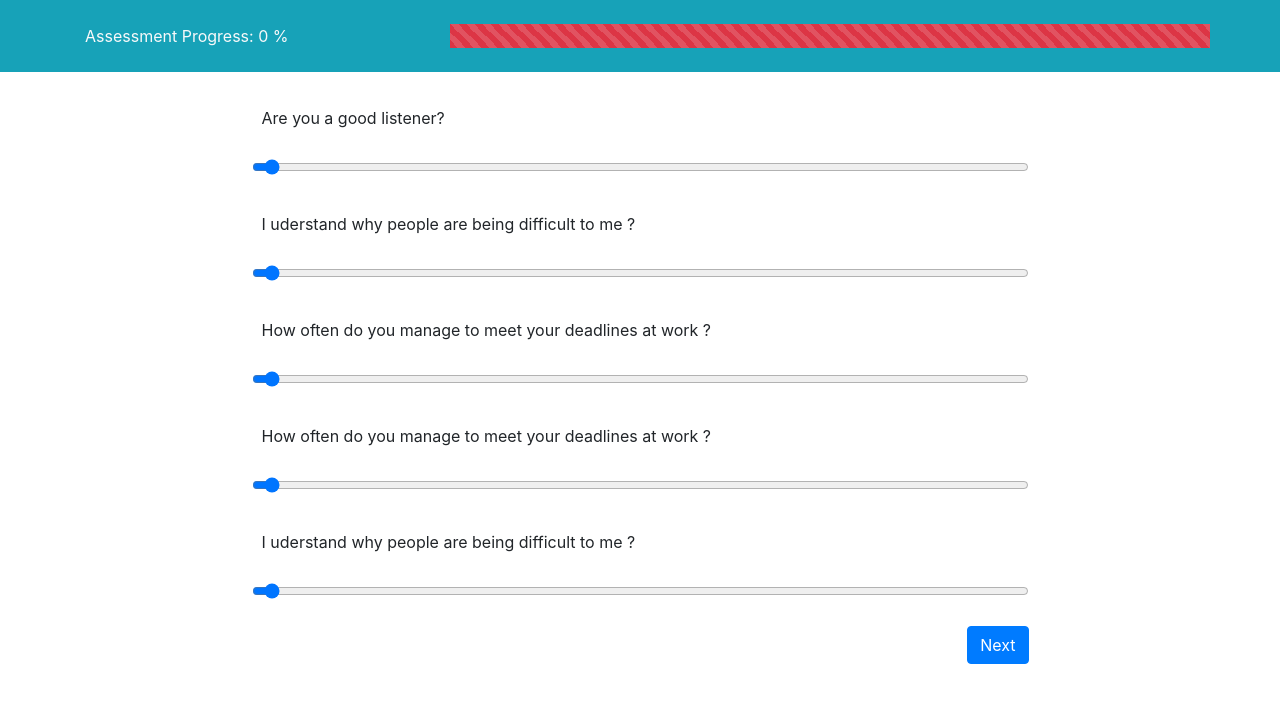
Repository: krushna2/dimentrix_tech
Page: /
An editor plug-in stored every save of this project. The page is shown before and after the next save, followed by the edit.
The browser window is 1280 px wide. The pictures show the whole page.
The project was rebuilt for these pictures with package versions that can differ from the ones it lists, and the page was loaded fresh each time. Also part of the build but not shown: src/components/SecondPageComponent.js, src/components/ThirdPageComponent.js.

Above is the page before, as saved 2020-09-28 15:47:34.

After the next save:
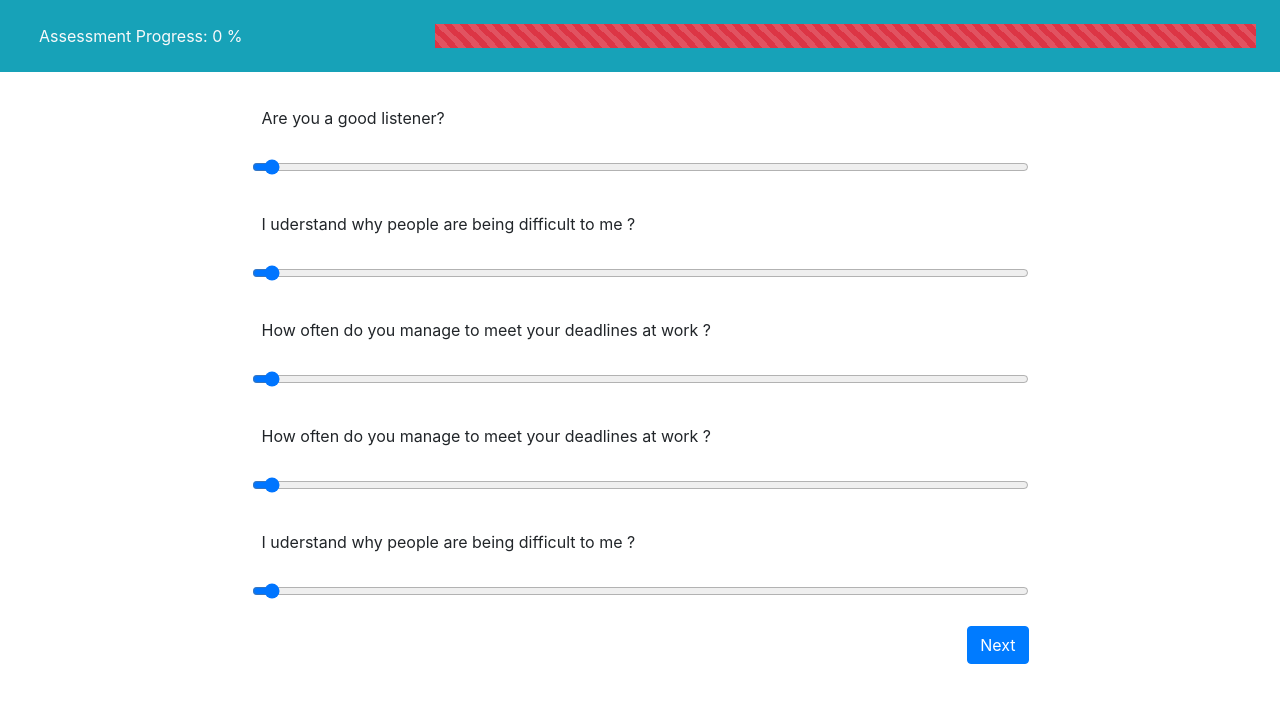
Saved 2 min 37 s later.
--- a/src/components/HeaderComponent.js
+++ b/src/components/HeaderComponent.js
@@ -20,10 +20,6 @@
         <
         Nav dark className = "text-light bg-info p-4" >
         <
-        div className = "container" >
-        <
-        div className = "row" >
-        <
         div className = "col-4" > Assessment Progress: { percentage } % < /div>  <
         Progress bar animated className = "col-8"
         color = { colour(percentage) }
@@ -32,10 +28,23 @@
         max = "100" / >
 
         <
-        /div> < /
-        div > <
         /Nav> < /
         div >
+
+        // <
+        // div className = "fluid-container mb-4 " >
+        // <
+        // Nav dark className = "text-light bg-info p-4" >
+        // <
+        // div > Assessment Progress: { percentage } % < /div>        <
+        // Progress bar animated className = "col-sm-6"
+        // color = { colour(percentage) }
+        // value = { percentage }
+        // min = "0"
+        // max = "100" / >
+        // <
+        // /Nav> < /
+        // div ></div>
 
     )
 }
